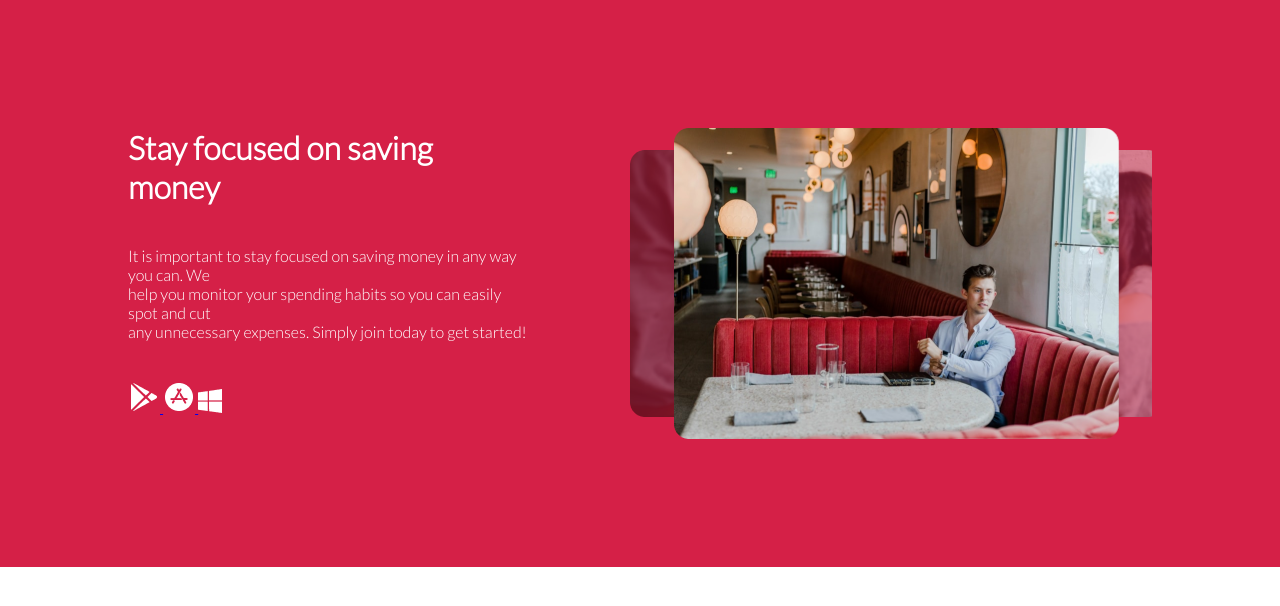
Repository: batonAnton/Cursor_lecture4
Page: index.html
These files come from the project's save history. The page is drawn as it stood at one moment and after the next save; the edit follows.
The browser window is 1280 px wide. The pictures show the whole page.

Above is the page before, as saved 2022-06-08 14:15:03.

### index.html
<!DOCTYPE html>
<html lang="en">
<head>
    <meta charset="UTF-8">
    <meta http-equiv="X-UA-Compatible" content="IE=edge">
    <meta name="viewport" content="width=device-width, initial-scale=1.0">
    <title>CloudBudget Freebie</title>
    <link rel="preconnect" href="https://fonts.googleapis.com">
    <link rel="preconnect" href="https://fonts.gstatic.com" crossorigin>
    <link href="https://fonts.googleapis.com/css2?family=Lato:wght@300&display=swap" rel="stylesheet">
    <link rel="stylesheet" href="css/style.css">
</head>
<body>
    <header>
        <div class="info-box">
            <h1>Stay focused on saving <br> money</h1>
            <p>It is important to stay focused on saving money in any way you can. We <br> help you monitor your spending habits so you can easily spot and cut <br> any unnecessary expenses. Simply join today to get started!</p>

            <div class="link_source">
                <a href="https://play.google.com/store/games?hl=uk&gl=US">
                    <img src="/image/icon/google_play.png" alt="icon-google">
                </a>
                <a href="https://www.apple.com/ua/app-store/">
                    <img src="/image/icon/apstore.png" alt="icon-apstore">
                </a>
                <a href="https://www.microsoft.com/uk-ua/software-download/windows10">
                    <img src="/image/icon/windows.png" alt="icon-windows">
                </a>
            </div>
        </div>

        <div class="big_img"></div>
    </header>
</body>
</html>

### css/style.css
* {
  font-family: "Lato", sans-serif;
  margin: 0;
  padding: 0;
  box-sizing: border-box;
}

header {
  width: 100%;
  padding: 10%;
  color: #ffffff;
  display: inline-flex;
  background-color: #d52047;
}

.info-box {
  width: 50%;
}

.info-box p {
  width:80% ;
  margin: 40px 0;
}

.big_img {
  background-image: url("/image/Photo.png");
  width: 533px;
  height: 311px;
}

After the next save:
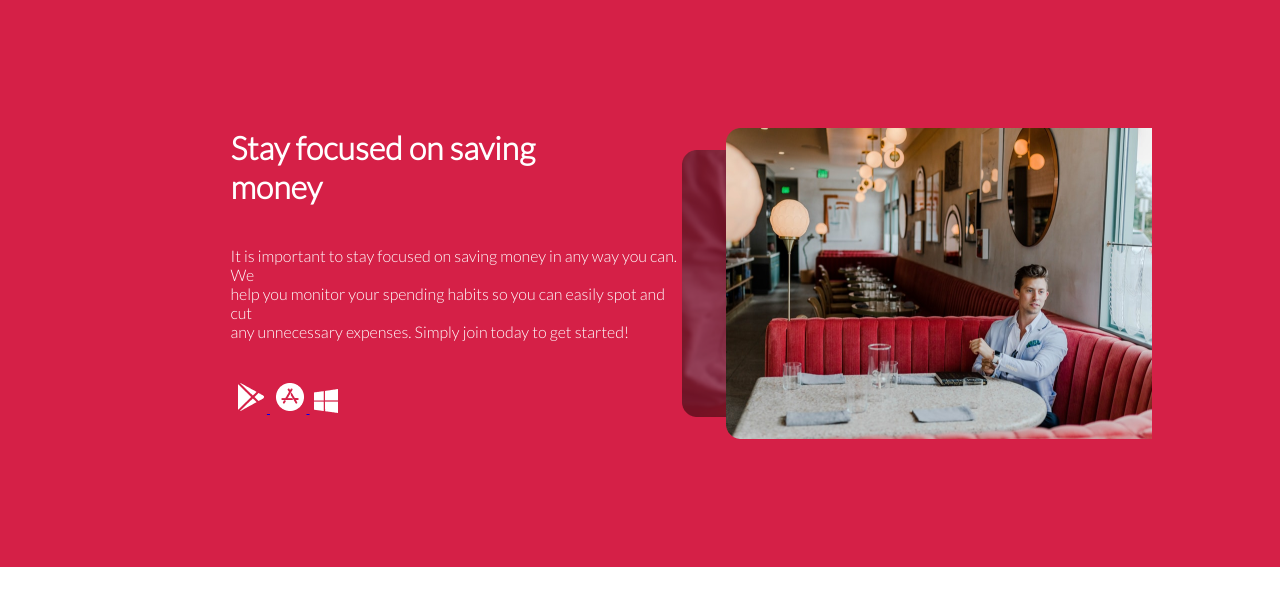
Saved 39 s later.
--- a/css/style.css
+++ b/css/style.css
@@ -7,6 +7,7 @@
 
 header {
   width: 100%;
+  height: 20%;
   padding: 10%;
   color: #ffffff;
   display: inline-flex;
@@ -15,11 +16,17 @@ header {
 
 .info-box {
   width: 50%;
+  margin-left: 10%;
 }
 
 .info-box p {
-  width:80% ;
+  /* width:80% ;   */
   margin: 40px 0;
+}
+
+.link_source a{
+    padding-left: 1%;
+    margin-left: 0;
 }
 
 .big_img {
